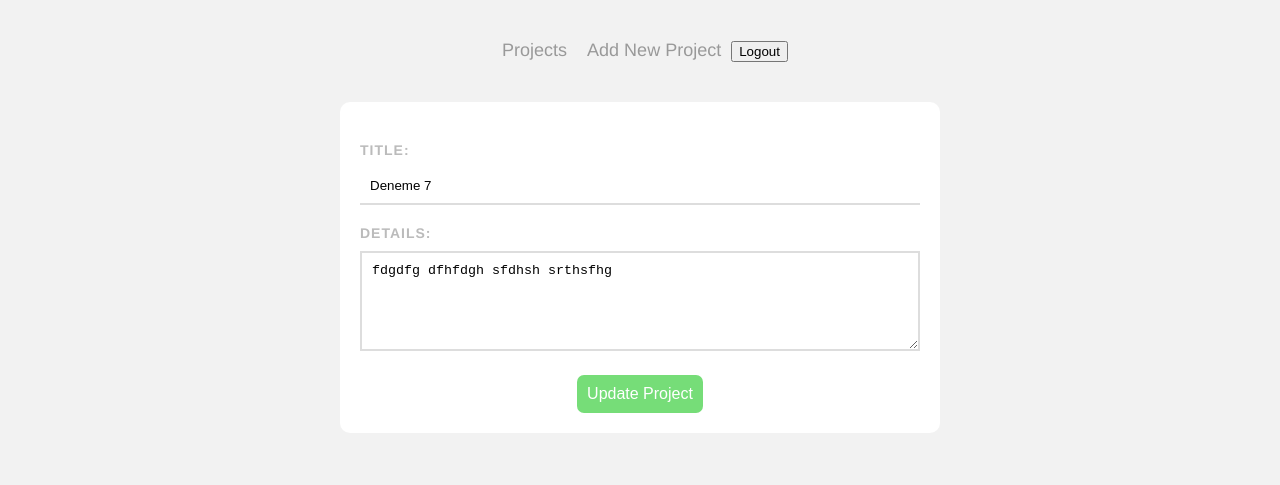
Repository: sercanisli/task-app
Page: /project/6
These files come from the project's save history. The page is drawn as it stood at one moment and after the next save; the edit follows.
The browser window is 1280 px wide. The pictures show the whole page.
The project was rebuilt for these pictures with package versions that can differ from the ones it lists, and the page was loaded fresh each time. Requests to the local data server were answered from the project's data file. Also part of the build but not shown: vue.config.js, src/components/SingleProject.vue, src/components/FilterNav.vue, src/views/Home.vue, src/assets/main.css. Imported but missing from the stored project, and not drawn on this page: src/views/AddProject.vue.

Above is the page before, as saved 2024-05-05 03:20:54.

After the next save:
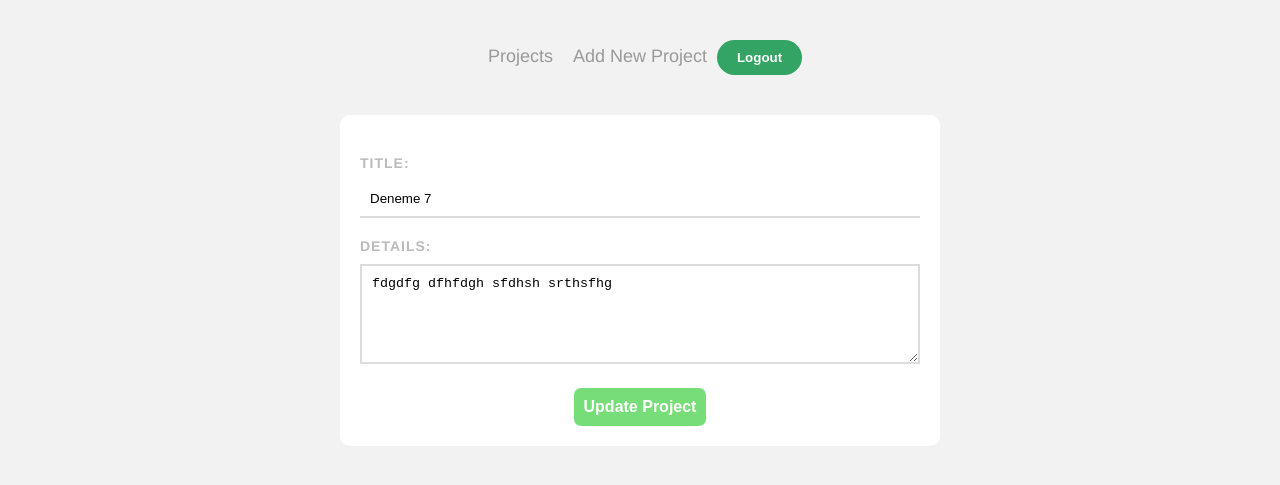
Saved 97 s later.
--- a/src/components/Navbar.vue
+++ b/src/components/Navbar.vue
@@ -2,7 +2,7 @@
     <nav class="main-nav">
       <router-link :to="{ name: 'home' }">Projects</router-link>
       <router-link :to="{ name: 'AddProject' }">Add New Project</router-link>
-      <button>Logout</button>
+      <button class="button" @click="handleClick">Logout</button>
     </nav>
   </template>
 
@@ -42,4 +42,14 @@
     padding-bottom: 4px;
     color: #76dd78;
   }
+  button {
+  text-decoration: none;
+  background: #33a464;
+  color: #fff;
+  font-weight: bold;
+  border: 0;
+  border-radius: 20px;
+  padding: 10px 20px;
+  cursor: pointer;
+}
   </style>
